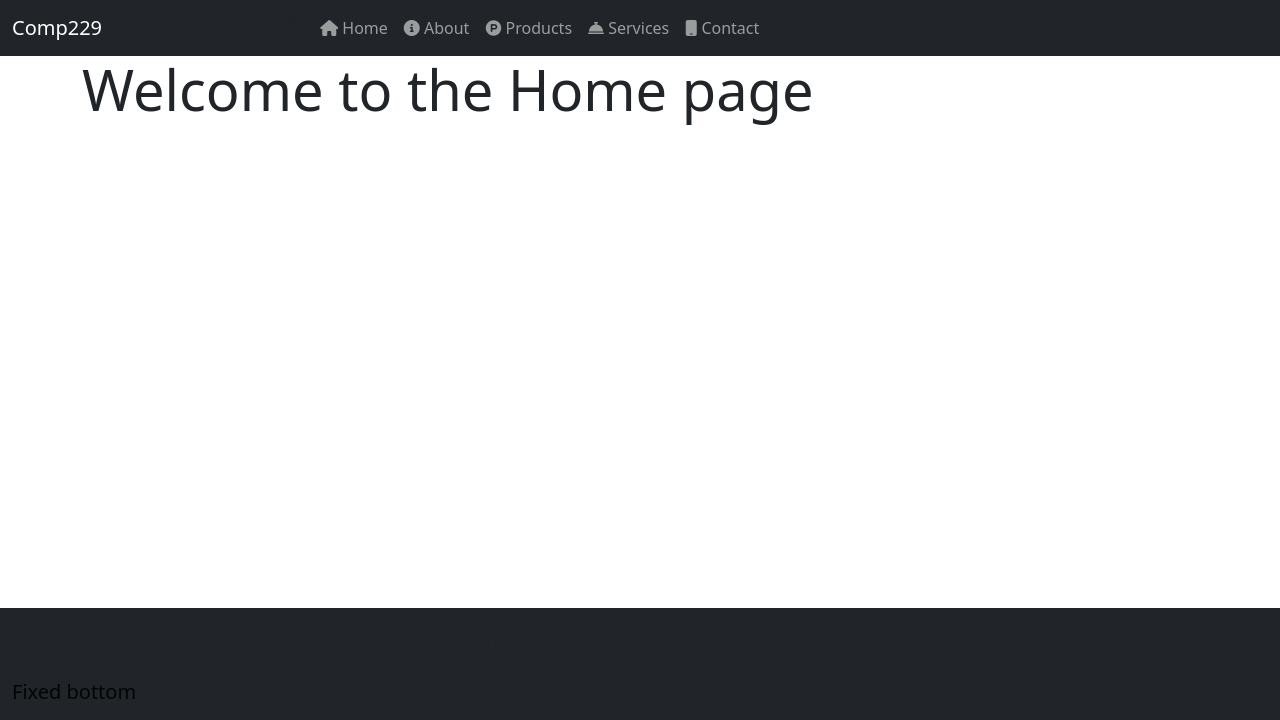
Repository: nhoque7/week3t.2
Page: http://localhost/
These files come from the project's save history. The page is drawn as it stood at one moment and after the next save; the edit follows.
The browser window is 1280 px wide. The pictures show the whole page.
The page is served by the project's Node server (server.js).

Above is the page before, as saved 2022-10-13 23:48:18.

After the next save:
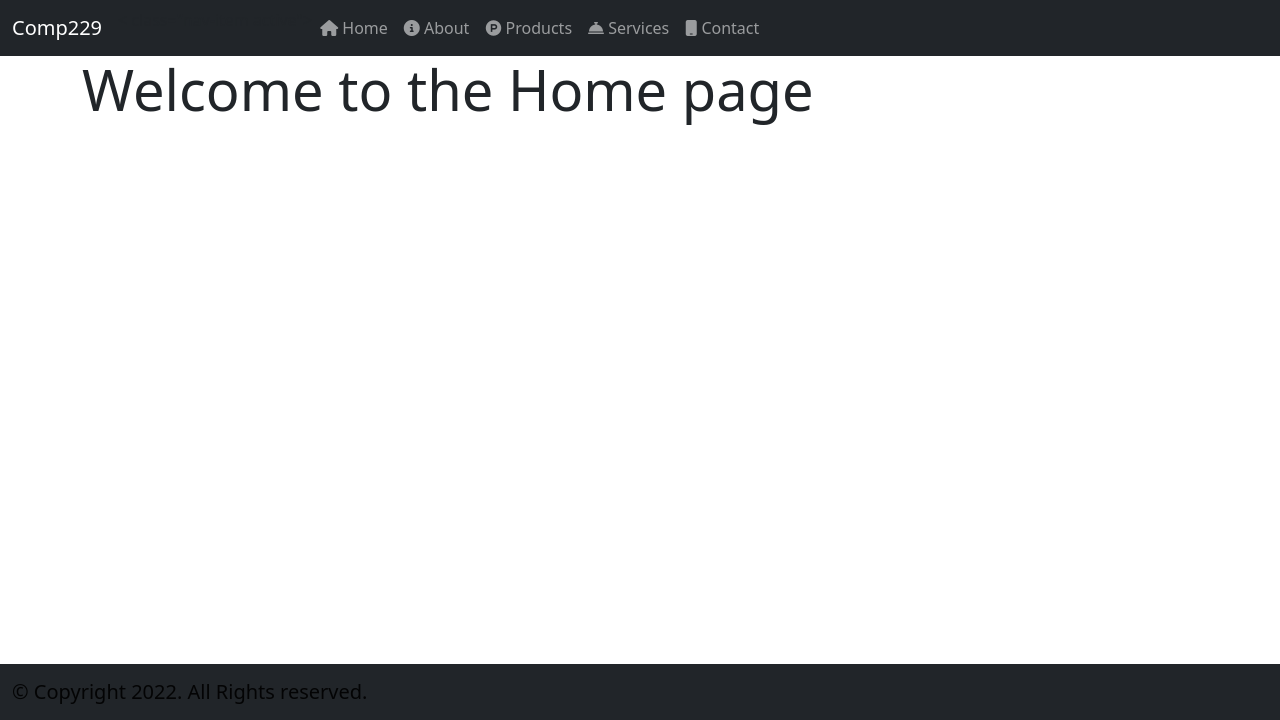
Saved 108 s later.
--- a/views/index.ejs
+++ b/views/index.ejs
@@ -77,9 +77,9 @@
   <!-- Bottom Nav -->
   <footer>
     <nav class="navbar fixed-bottom bg-dark">
-      <h1 class="display-6">&copy; Copyright 2022. All Rights reserved.</h1>
+
       <div class="container-fluid">
-        <a class="navbar-brand" href="#">Fixed bottom</a>
+        <a class="navbar-brand" href="#">&copy; Copyright 2022. All Rights reserved.</a>
       </div>
     </nav>
   </footer>
